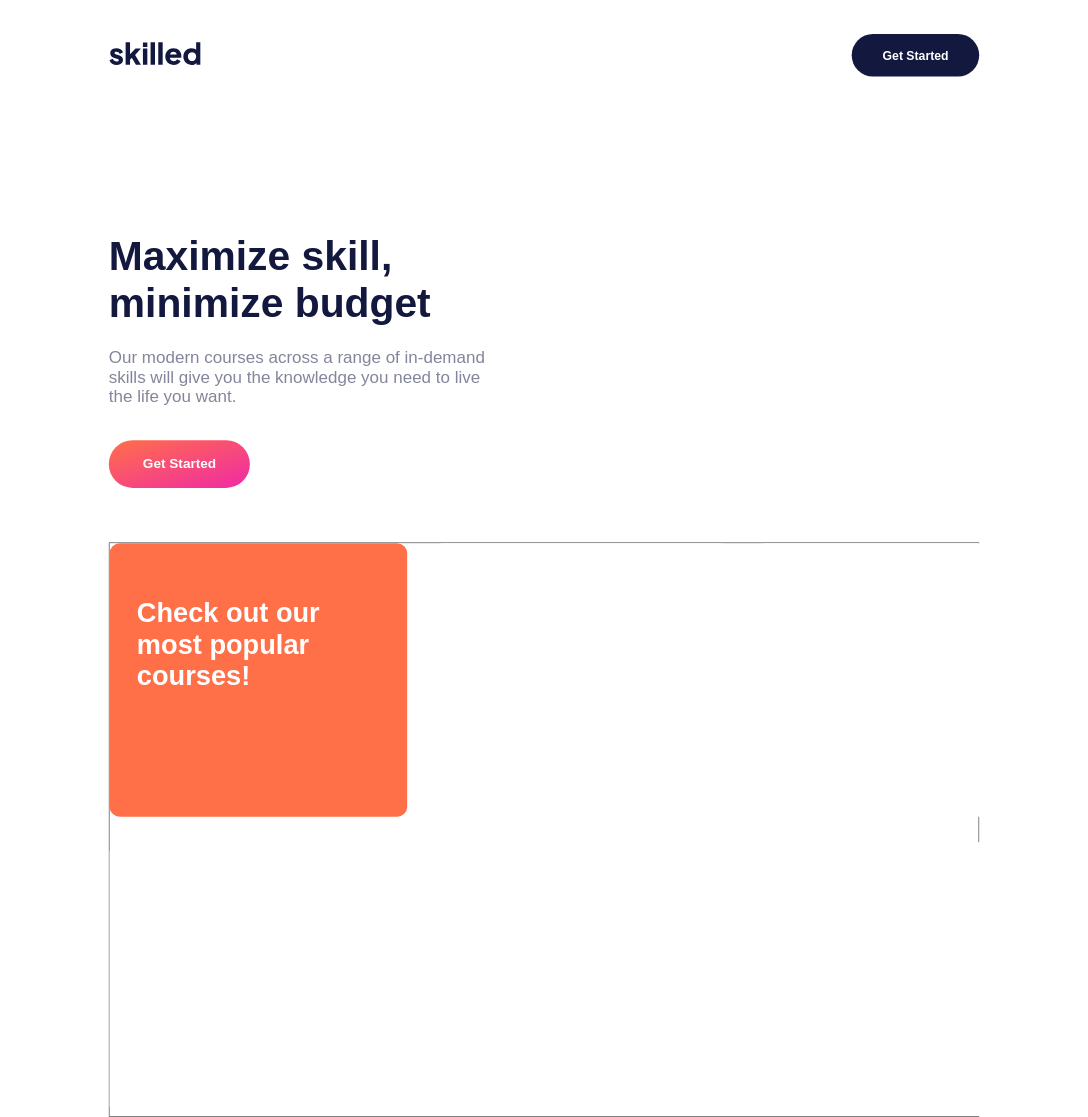
Repository: exe-walt/E-Learning-Landing-Page
Page: index.html
An editor plug-in stored every save of this project. The page is shown before and after the next save, followed by the edit.
The browser window is 1280 px wide. The pictures show the whole page, at 85% of full size.
Some web fonts or font styles are not loaded; a fallback is used.

Above is the page before, as saved 2025-05-29 12:21:18.

After the next save:
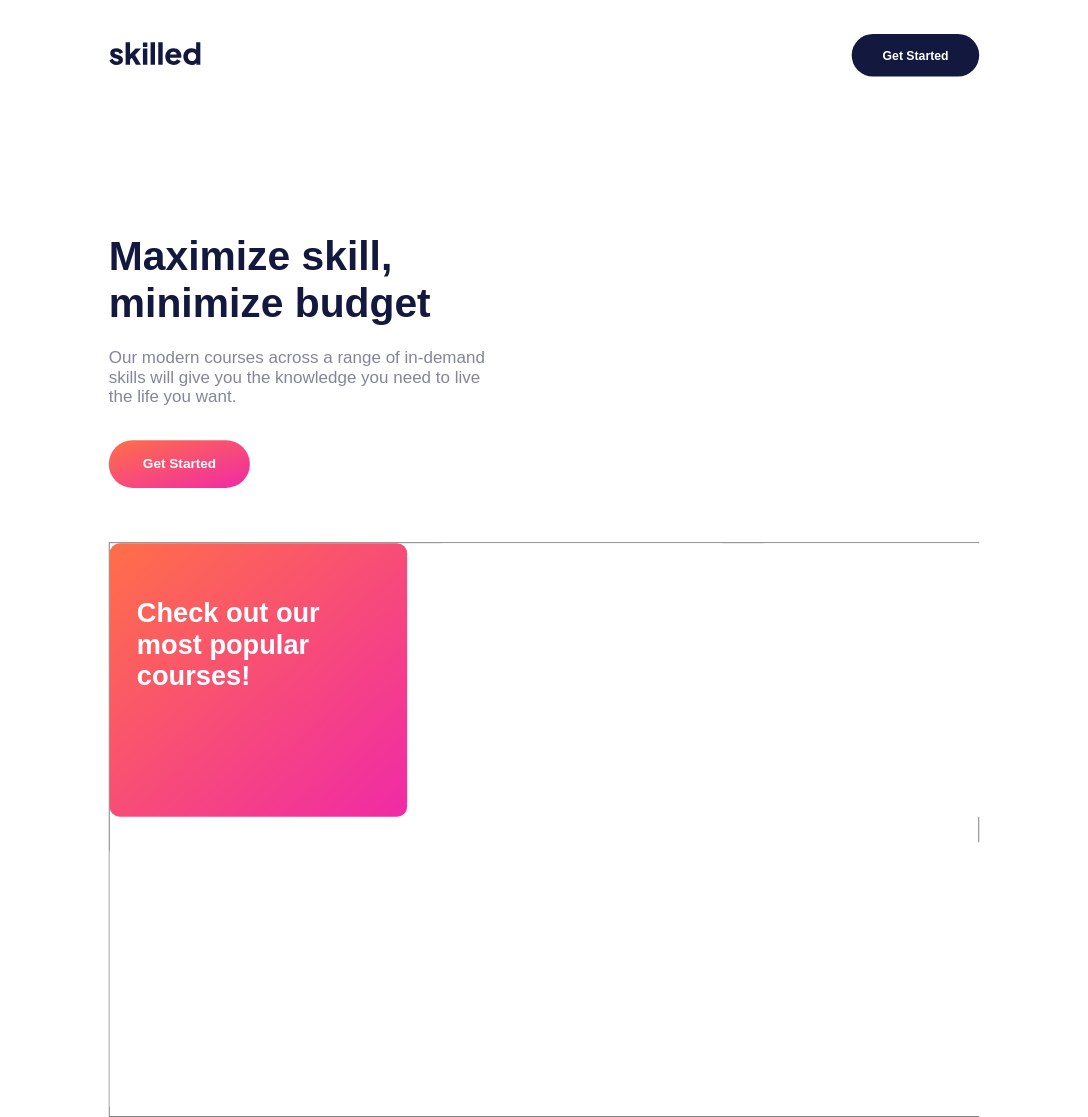
Saved 26 s later.
--- a/css/style.css
+++ b/css/style.css
@@ -116,7 +116,7 @@ body {
   width: 350px;
   height: 322px;
   border-radius: 12px;
-  background: #FF6F48; /* apply this gradient (#FF6F48 - F02AA6) */
+  background: linear-gradient(to bottom right, #FF6F48, #F02AA6);; /* apply this gradient (#FF6F48 - F02AA6) */
 }
 
 .main-left p{
